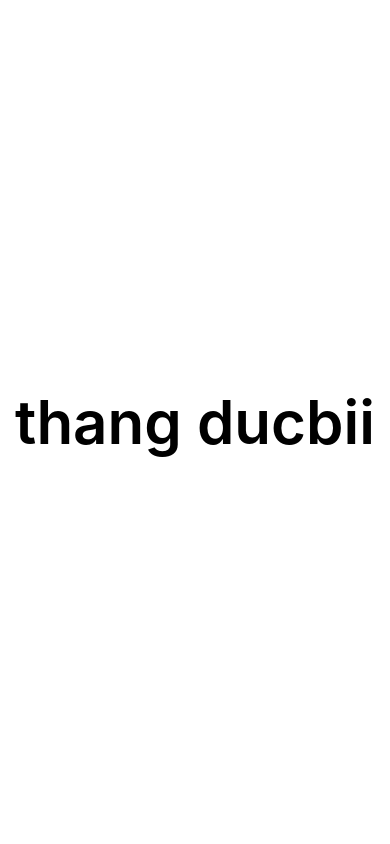
Repository: Ducbii4202/React-Native
Screen: /
These files come from the project's save history. The screen is drawn as it stood at one moment and after the next save; the edit follows.
The app was drawn by React Native's web renderer in a window 390 px wide. The project was rebuilt for these pictures with package versions that can differ from the ones it lists, and the page was loaded fresh each time.

Above is the screen before, as saved 2024-09-14 00:12:20.

### App.tsx

import { useState } from 'react';
import { StyleSheet, Text, View } from 'react-native';

export default function App() {
  const [name, setName] = useState<string>("thang");
  return (
    <View style={styles.container}>
      <Text style={{fontSize:60, fontWeight:"600"}}>
      {name} ducbii
      </Text>
    </View>
  );
}


//css in js
const styles = StyleSheet.create({
  container: {
    flex: 1,
    backgroundColor: '#fff',
    alignItems: 'center',
    justifyContent: 'center',
  },
  hello1: {
    color: "violet",
    borderColor: "pink",
    borderWidth: 1,
    fontSize: 30,
    padding:10,
  },
  header: {
    fontSize: 30,
    fontWeight:"600",
  }
});

After the next save:
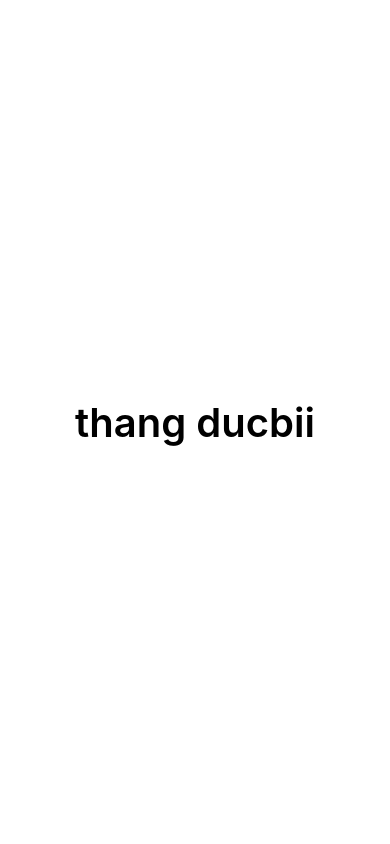
Saved 2 min 37 s later.
--- a/App.tsx
+++ b/App.tsx
@@ -6,7 +6,7 @@ export default function App() {
   const [name, setName] = useState<string>("thang");
   return (
     <View style={styles.container}>
-      <Text style={{fontSize:60, fontWeight:"600"}}>
+      <Text style={{fontSize:40, fontWeight:"600"}}>
       {name} ducbii
       </Text>
     </View>
